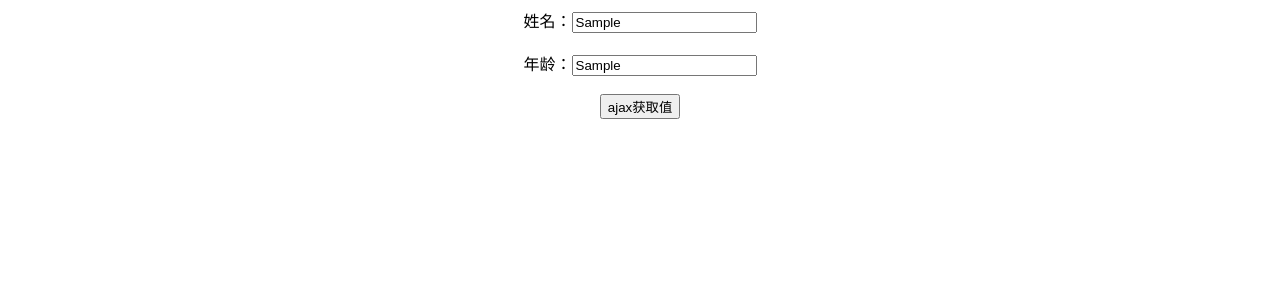
Repository: jsjchai/springmvc_study
Page: http://localhost/ajax03_json/
An editor plug-in stored every save of this project. The page is shown before and after the next save, followed by the edit.
The browser window is 1280 px wide. The pictures show the whole page.
Empty fields were first filled with sample values (such as "Sample", 5 or name@example.com).
After loading, the first visible `#button` was clicked once.
The page is served by Tomcat 9.

Above is the page before, as saved 2015-04-08 07:48:32.
Console error: TypeError: document.getElementsById is not a function

After the next save:
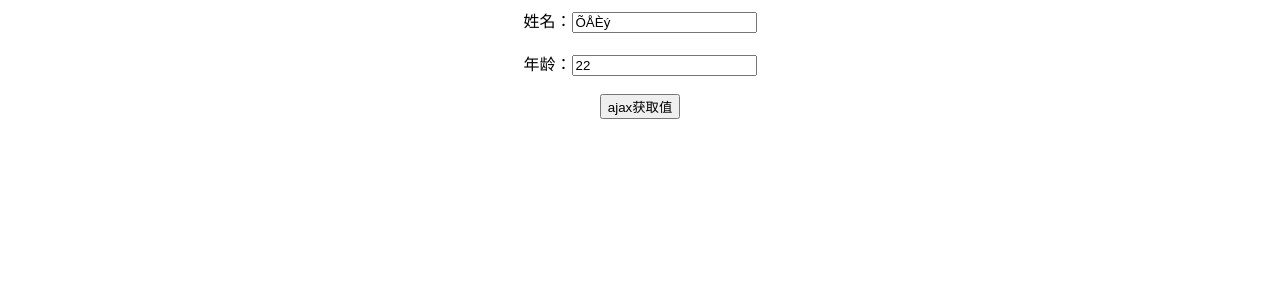
The error is gone.
Saved 96 s later.
--- a/springmvc/Ajax&Json/ajax03_json/WebContent/index.jsp
+++ b/springmvc/Ajax&Json/ajax03_json/WebContent/index.jsp
@@ -18,8 +18,8 @@
 					var dataObj=eval('(' + xmlHttp.responseText + ')');
 					//alert(dataObj);
 					alert(dataObj.age);
-					document.getElementsById("name").value=dataObj.name;
-					document.getElementsById("age").value=dataObj.age;
+					document.getElementById("name").value=dataObj.name;
+					document.getElementById("age").value=dataObj.age;
 				}
 			};
 		}
